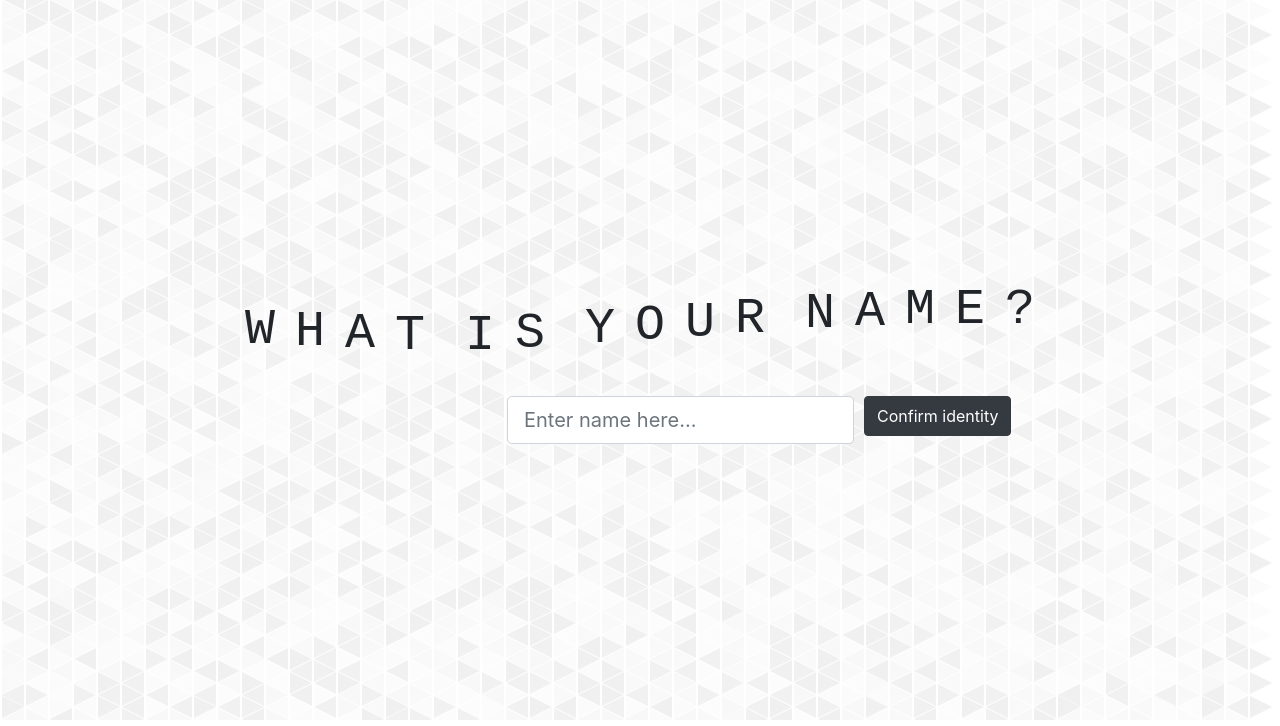
Repository: Aaquib111/Aaquib111.github.io
Page: index.html
The author's editor kept a copy of each file at every save. The page is drawn from the files as they stood at one save, then again after the next save.
The browser window is 1280 px wide. The pictures show the whole page.

Above is the page before, as saved 2021-05-12 22:08:19.

### index.html
<!DOCTYPE html>
<html>
    <head>
        <meta charset="utf-8">
        <title></title>
        <link rel="stylesheet" type="text/css" href="css\background.css">
        <link rel="stylesheet" href="https://maxcdn.bootstrapcdn.com/bootstrap/4.0.0/css/bootstrap.min.css" integrity="sha384-Gn5384xqQ1aoWXA+058RXPxPg6fy4IWvTNh0E263XmFcJlSAwiGgFAW/dAiS6JXm" crossorigin="anonymous">
    </head>
    <body>

        <canvas id="canvas" width=""></canvas>
            <div id="inputs">
                Text <input type="text" placeholder="What is your name?" value="What is your name?" id="texty"><br>
                Speed <input type="number" id="omegset" step="0.1" value="1.8"><br>
                Amplitude <input type="number" id="ampset" step='1' value='20'><br>
                Font size <input type="number" id="fonts" step='1' value='50'><br>
                Waves <input type="number" id="waves" step='0.1' value='4' min='0' max='8'><br>
            </div>
        <div id="contain">
            <div id="wrap"></div>
            <div id="name">
                <form onsubmit="return validateForm()" method="post">
                    <div class="form-row" style="flex-wrap: nowrap;">
                        <input class="form-control form-control-lg" type="password" name="firstname" placeholder="Enter name here...">
                        <button type="submit" class="btn btn-dark mb-2" style="margin-left: 10px;">Confirm identity</button>
                    </div>
                        <div class="invalid-feedback">
                            Please provide a valid city.
                        </div>
                </form>
            </div>
        </div>
       <script src="js\background.js"></script>
       <script src="js\validate.js"></script>
    </body>
</html>

### css/background.css
* {
  margin: 0;
  padding: 0;
}

html, body {
  height: 100%;
  width: 100%;
}

canvas{
  height: 100%;
  width: 100%;
}


#wrap{
  z-index: 1;
  position: absolute;
  left: 0;
  top: 0;
  height: 100vh;
  width: 100vw;
  display: flex;
  align-items: flex-end;
  justify-content: center;
  flex-wrap: wrap;
  max-height: 50vh;
}

#contain{
  display: flex;
  flex-direction: column;
}
#name{
  align-self:center;
  z-index: 2;
  position: absolute;
  left: 40vw;
  top: 55vh;
  align-items: flex-start;
}
.hoovy{
  font-size: 50px;
  font-family: 'VT323',Monospace,sans-serif;
  margin-left: 10px;
  margin-right: 10px;
  -moz-user-select: none;
  -webkit-user-select: none;
  -ms-user-select: none;
}
input{
  background-color: rgba(255,255,255,0.3);
  border: none;
  margin-top: 2px;
  margin-bottom: 2px;
}
#inputs{
  text-align: right;
  color: white;
  font-family: 'VT323';
  padding: 5px 10px;
  border-radius: 5px;
  background-color: rgba(0,0,0,0.2);
  z-index: 2;
  position: absolute;
  box-shadow: #000 2px 3px 10px -2px;
  top: 10px;
  right: 10px;
  -moz-user-select: none;
  -webkit-user-select: none;
  -ms-user-select: none;
  visibility: hidden;
}

### js/background.js
var livePatern = {
    canvas: null,
    context: null,
    cols: 0,
    rows: 0,
    colors: [252, 251, 249, 248, 241, 240],
    triangleColors: [],
    destColors: [],

    init: function(){
      this.canvas = document.getElementById('canvas');
      this.context = this.canvas.getContext('2d');
      this.cols = Math.floor(document.body.clientWidth / 24);
      this.rows = Math.floor(document.body.clientHeight / 24) + 1;

      this.canvas.width = document.body.clientWidth;
      this.canvas.height = document.body.clientHeight;

      this.drawBackground();
      this.animate();
    },

    drawTriangle: function(x, y, color, inverted){
      inverted = inverted == undefined ? false : inverted;

      this.context.beginPath();
      this.context.moveTo(x, y);
      this.context.lineTo(inverted ? x - 22 : x + 22, y + 11);
      this.context.lineTo(x, y + 22);
      this.context.fillStyle = "rgb("+color+","+color+","+color+")";
      this.context.fill();
      this.context.closePath();
    },

    getColor: function(){
      return this.colors[(Math.floor(Math.random() * 6))];
    },

    drawBackground: function(){
      var eq = null;
      var x = this.cols;
      var destY = 0;
      var color, y;

      while(x--){
        eq = x % 2;
        y = this.rows;

        while(y--){
          destY = Math.round((y-0.5) * 24);

          this.drawTriangle(x * 24 + 2, eq == 1 ? destY : y * 24, this.getColor());
          this.drawTriangle(x * 24, eq == 1 ? destY  : y * 24, this.getColor(), true);
        }
      }
    },

    animate: function(){
      var me = this;

      var x = Math.floor(Math.random() * this.cols);
      var y = Math.floor(Math.random() * this.rows);
      var eq = x % 2;

      if (eq == 1) {
        me.drawTriangle(x * 24, Math.round((y-0.5) * 24) , this.getColor(), true);
      } else {
        me.drawTriangle(x * 24 + 2, y * 24, this.getColor());
      }

      setTimeout(function(){
        me.animate.call(me);
      }, 10);
    },
  };

  !function(){livePatern.init();}()


  let waves = 4;

  function docify(str){
    document.getElementById('wrap').innerHTML = "";
    for(let i = 0; i < str.length; i++){
      let el = document.createElement('div');
      el.className = "hoovy";
      el.appendChild(  document.createTextNode(str.charAt(i))  );
      el.setAttribute('data-phi',i*Math.PI/(10 - waves));
      el.style.transform = "";
      document.getElementById('wrap').appendChild(el);
    }
    document.getElementById('wrap').appendChild(document.createElement('br'));
  }

  let omeg = 1.8,
      ampl = 13,
      wrap = document.getElementById('wrap'),
      time = 0;

  function anim(){

    if(omeg * time > 2*Math.PI){
      time = 0;
    }
    for(let k = 0; k < wrap.childNodes.length; k++){
      let elem = wrap.childNodes[k];
      let phi = elem.getAttribute('data-phi');
      elem.style.transform = 'translateY('+ampl*Math.sin(omeg*time + phi/2) + 'px)';
    }
    time += 6/100;
    requestAnimationFrame(anim);
  };

  document.getElementById('wrap').innerHTML = "";

  document.getElementById('ampset').oninput = function(){
    ampl = this.value;
  }
  document.getElementById('omegset').oninput = function(){
    omeg = this.value;
  }
  document.getElementById('fonts').oninput = function(){
    for(let i = 0; i < wrap.childNodes.length; i++){
      wrap.childNodes[i].style.fontSize = document.getElementById('fonts').value + 'px';
    }
  }
  document.getElementById('waves').oninput = function(){
    waves = this.value;
    docify(document.getElementById('texty').value);
  }
  document.getElementById('texty').oninput = function(){
    docify(this.value);
  }

  docify('WHAT IS YOUR NAME?');
  anim();

Loaded but not shown: js/validate.js (no stored copy; drawn as an empty file)

After the next save:
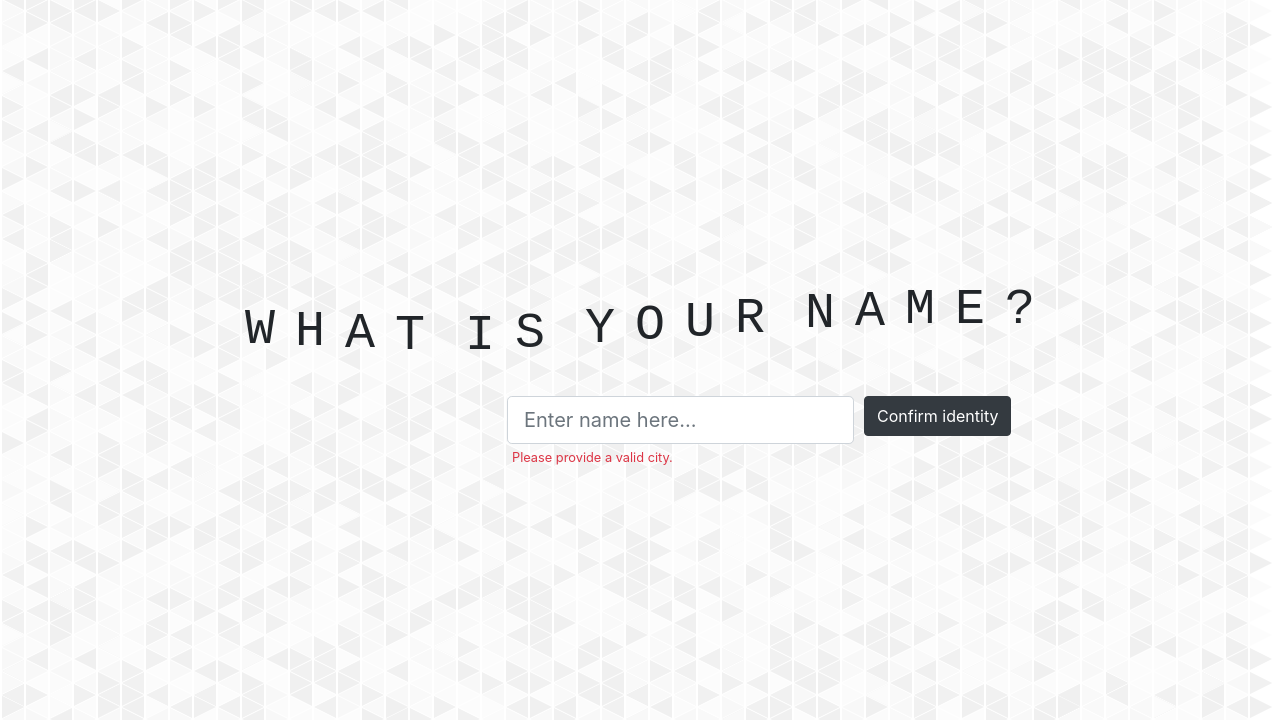
Saved 40 s later.
--- a/index.html
+++ b/index.html
@@ -24,7 +24,7 @@
                         <input class="form-control form-control-lg" type="password" name="firstname" placeholder="Enter name here...">
                         <button type="submit" class="btn btn-dark mb-2" style="margin-left: 10px;">Confirm identity</button>
                     </div>
-                        <div class="invalid-feedback">
+                        <div class="invalid-feedback" style="display: contents;">
                             Please provide a valid city.
                         </div>
                 </form>

After the save that followed:
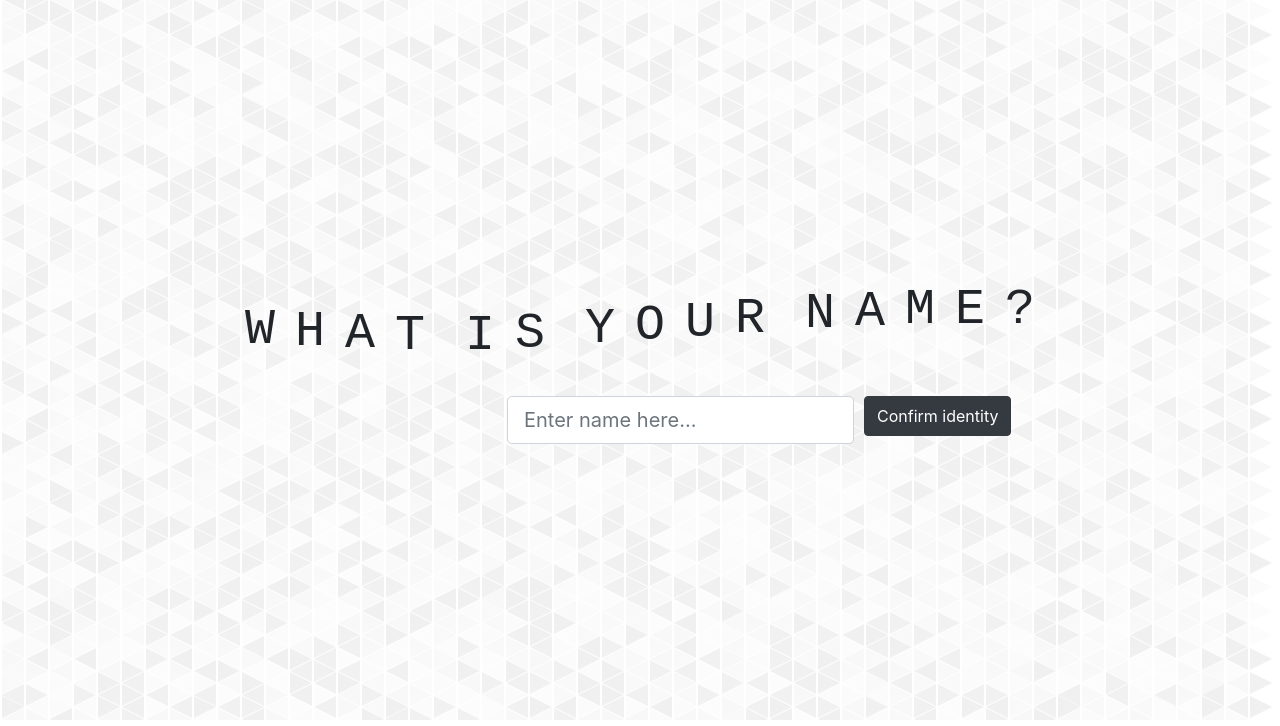
Saved 7 s later.
--- a/index.html
+++ b/index.html
@@ -24,7 +24,7 @@
                         <input class="form-control form-control-lg" type="password" name="firstname" placeholder="Enter name here...">
                         <button type="submit" class="btn btn-dark mb-2" style="margin-left: 10px;">Confirm identity</button>
                     </div>
-                        <div class="invalid-feedback" style="display: contents;">
+                        <div class="invalid-feedback">
                             Please provide a valid city.
                         </div>
                 </form>
